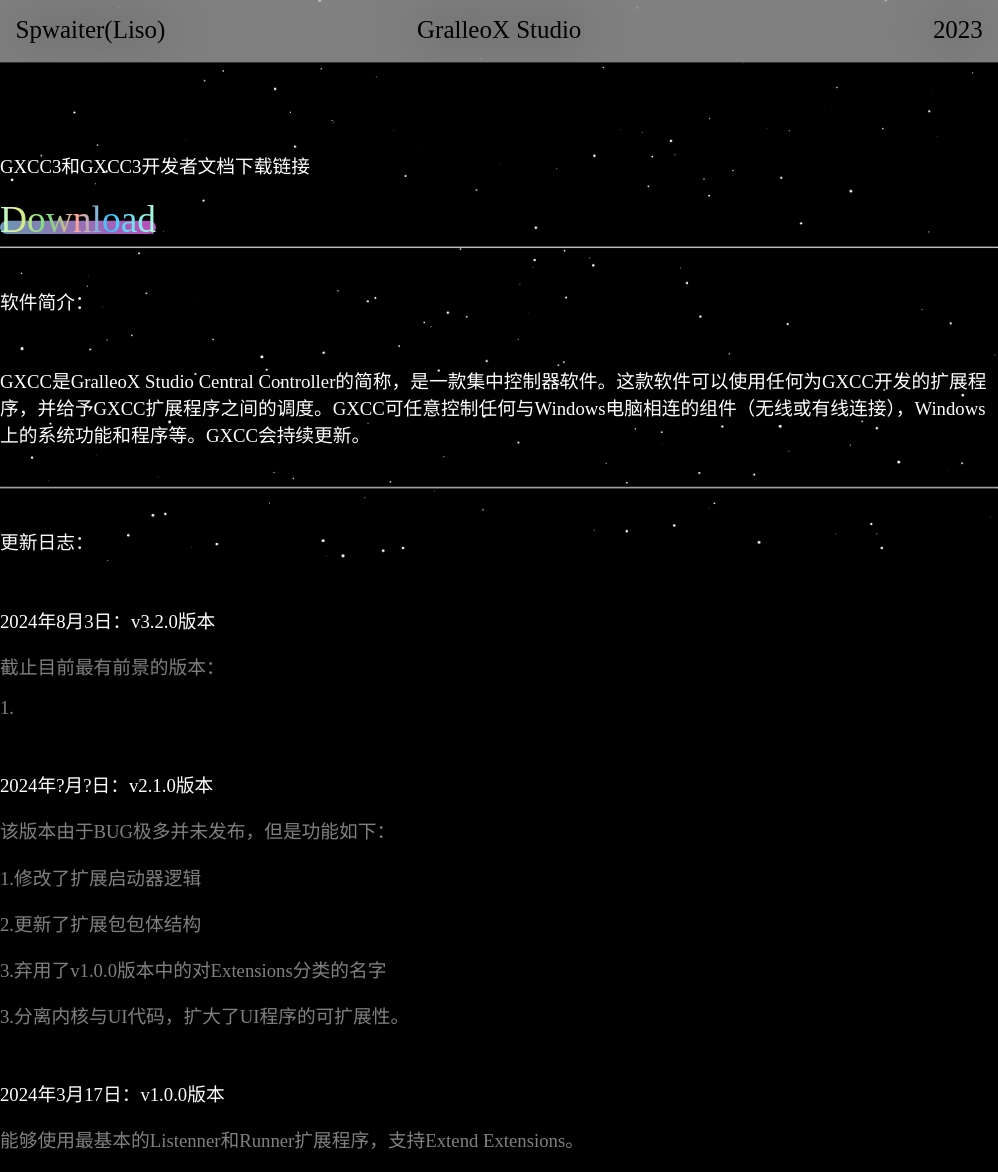
Repository: Lisu-Liso/page
Page: GXCC/index.html
These files come from the project's save history. The page is drawn as it stood at one moment and after the next save; the edit follows.
The browser window is 1280 px wide. The pictures show the whole page, at 78% of full size.

Above is the page before, as saved 2024-08-04 08:56:58.

### GXCC/index.html
<!DOCTYPE html>
<html lang="zh">
    <head>
        <meta http-equiv="Content-Type" content="text/html;charset=utf-8">
        <title>GXCC - GralleoX Studio</title>
        <link rel="stylesheet" type="text/css" href="./header.css">
        <link rel="stylesheet" type="text/css" href="./orientation.css">
        <link rel="shortcut icon" href="./GralleoX logo v2 web.ico">
        <style>
            body{
                overflow        : scroll;
                background-color: black;
                top             : 0;
                bottom          : 0;
                left            : 0;
                right           : 0;
                margin-top      : 100px;
                margin-bottom   : 0;
                margin-left     : 0;
                margin-right    : 0;
                user-select     : none;
            }
            ::-webkit-scrollbar{display: none;}
            .getin_screen{
                position        : fixed;
                top             : 0;
                bottom          : 0;
                left            : 0;
                right           : 0;
                background-color: rgba(0,0,0,0);
                color           : rgba(0,0,0,0);
                animation       : getinanimation 4s ease-in-out;
                text-align      : center;
                display         : table-cell;
            }
            @keyframes getinanimation{
                0% {
                    background-color       : rgba(255,255,255,1);
                    color                  : black;
                    backdrop-filter        : blur(15px);
                    -webkit-backdrop-filter: blur(15px);
                }
                40% {
                    background-color       : rgba(255,255,255,0.5);
                    color                  : black;
                    backdrop-filter        : blur(15px);
                    -webkit-backdrop-filter: blur(15px);
                }
                70% {
                    background-color       : rgba(255,255,255,0.5);
                    color                  : black;
                    backdrop-filter        : blur(15px);
                    -webkit-backdrop-filter: blur(15px);
                }
                100% {
                    background-color       : rgba(0,0,0,0);
                    color                  : rgba(0,0,0,0);
                    backdrop-filter        : blur(0px);
                    -webkit-backdrop-filter: blur(0px);
                }
            }
            .download_block{
                position               : fixed;
                top                    : 100px;
                left                   : 100px;
                right                  : 100px;
                bottom                 : 100px;
                margin-top             : 10px;
                margin-left            : 10px;
                margin-right           : 10px;
                margin-bottom          : 10px;
                background-color       : rgba(255,255,255,0.5);
                backdrop-filter        : blur(15px);
                -webkit-backdrop-filter: blur(15px);
                border-radius          : 100px;
                box-shadow             : 0 20px 50px rgba(0,0,0,0.2);
            }
            @keyframes blockout{
                0% {
                    background-color       : rgba(255,255,255,0);
                    backdrop-filter        : blur(0px);
                    -webkit-backdrop-filter: blur(0px);
                    box-shadow             : 0 20px 50px rgba(0,0,0,0);
                    opacity                : 0;
                }
                100% {
                    background-color       : rgba(255,255,255,0.5);
                    backdrop-filter        : blur(15px);
                    -webkit-backdrop-filter: blur(15px);
                    box-shadow             : 0 20px 50px rgba(0,0,0,0.2);
                    opacity                : 1;
                }
            }
            @keyframes blockquite{
                0% {
                    background-color       : rgba(255,255,255,0.5);
                    backdrop-filter        : blur(15px);
                    -webkit-backdrop-filter: blur(15px);
                    box-shadow             : 0 20px 50px rgba(0,0,0,0.2);
                    opacity                : 1;
                }
                100% {
                    background-color       : rgba(255,255,255,0);
                    backdrop-filter        : blur(0px);
                    -webkit-backdrop-filter: blur(0px);
                    box-shadow             : 0 20px 50px rgba(0,0,0,0);
                    opacity                : 0;
                }
            }
            .header-float{
                position: fixed;
                top     : 0;
                left    : 0;
                right   : 0;
                width   : 100%;
            }
            .black_board{
                position               : fixed;
                top                    : 80px;
                left                   : 0;
                right                  : 0;
                bottom                 : 0;
                margin-top             : 0;
                margin-left            : 0;
                margin-right           : 0;
                margin-bottom          : 0;
                backdrop-filter        : blur(15px);
                -webkit-backdrop-filter: blur(15px);
                background-color       : rgba(0,0,0,0.3);
            }
            @keyframes boardout{
                0% {
                    backdrop-filter        : blur(0px);
                    -webkit-backdrop-filter: blur(0px);
                    background-color       : rgba(0,0,0,0);
                }
                100% {
                    backdrop-filter        : blur(15px);
                    -webkit-backdrop-filter: blur(15px);
                    background-color       : rgba(0,0,0,0.3);
                }
            }
            @keyframes boardquite{
                0% {
                    backdrop-filter        : blur(15px);
                    -webkit-backdrop-filter: blur(15px);
                    background-color       : rgba(0,0,0,0.3);
                }
                100% {
                    backdrop-filter        : blur(0px);
                    -webkit-backdrop-filter: blur(0px);
                    background-color       : rgba(0,0,0,0);
                }
            }
            .newbutton{
                background   : linear-gradient(75deg,rgba(145, 202, 240, 0.75),rgba(248, 102, 248, 0.75));
                border-radius: 20px;
                text-align   : center;
                cursor       : pointer;
            }
            :root {
                --rainbow-gradient: linear-gradient(-90deg,#adfbda 0,#35c3ff 30%,#fda399 50%,#76d880 70%,#ebf38b 90%,#adfbda 100%);
            }
            .article-header--title {
                background-image       : var(--rainbow-gradient,#fff);
                background-size        : 100%;
                background-repeat      : repeat;
                background-clip        : text;
                -webkit-background-clip: text;
                -webkit-text-fill-color: transparent;
                -moz-background-clip   : text;
                -moz-text-fill-color   : transparent;
                filter                 : drop-shadow(0 0 2rpx #000);
                text-shadow            : none!important;
                cursor                 : pointer;
            }
            a{
                text-decoration: none;
            }
            font{
                cursor : default;
            }
            .backgroundimage{
                position: fixed;
                top     : 0;
                left    : 0;
                right   : 0;
                width   : 100%;
                height  : 100%;
                z-index: -1;
            }
            .normaltext{
                font-size: 18pt;
                color:white;
            }
        </style>
    </head>
    <body>
        <canvas id="bgCanvas" class="backgroundimage"></canvas>
        <script>
            // 获取画布
            var canvas = document.getElementById('bgCanvas');
            var ctx = canvas.getContext('2d');

            // 设置画布尺寸与窗口大小一致
            canvas.width = window.innerWidth;
            canvas.height = window.innerHeight;

            // 创建一个数组用于存储星星的信息
            var stars = [];

            // 创建星星对象
            function Star(x, y, radius, color, speed) {
                this.x = x;
                this.y = y;
                this.radius = radius;
                this.color = color;
                this.speed = speed;
            }

            // 初始化星星
            function init() {
                for (var i = 0; i < 200; i++) {
                    var x = Math.random() * canvas.width;
                    var y = Math.random() * canvas.height;
                    var radius = Math.random() * 2;
                    var color = 'white';
                    var speed = Math.random() * 0.5;

                    stars.push(new Star(x, y, radius, color, speed));
                }
            }

            // 绘制星星
            function drawStars() {
                ctx.clearRect(0, 0, canvas.width, canvas.height);

                for (var i = 0; i < stars.length; i++) {
                    var star = stars[i];

                    ctx.beginPath();
                    ctx.arc(star.x, star.y, star.radius, 0, Math.PI * 2);
                    ctx.fillStyle = star.color;
                    ctx.fill();
                }
            }

            // 更新星星位置
            function updateStars() {
                for (var i = 0; i < stars.length; i++) {
                    var star = stars[i];

                    star.x += star.speed;

                    if (star.x > canvas.width) {
                        star.x = 0;
                    }
                }
            }

            // 动画循环
            function animate() {
                requestAnimationFrame(animate);

                drawStars();
                updateStars();
            }

            // 初始化并启动动画
            init();
            animate();
        </script>
        <div style="text-align:center;top:0;left:0;right:0;"><font size="7">这里是GXCC中文官网！</font></div>
        <p class="normaltext">GXCC3和GXCC3开发者文档下载链接</p>
        <a class="newbutton" onclick="join_us()"><font class="article-header--title" size="7">Download</font></a>
        <div class="black_board" id="bb"></div>
        <div class="download_block" id="download_block">
            <div style="text-align: center">
                <a class="newbutton" onclick="close_download_block()"><font class="article-header--title" size="7">点击关闭此框</font></a>
            </div>
            <div style="margin-left: 1cm;">
                <font size="7" color="black">这里是下载链接（最新版本）</font>
                <br>
                <font size="7" color="grey">历史版本</font>
                <font size="7" color="red">暂时</font>
                <font size="7" color="grey">不支持下载</font>
                <br>
                <font class="normaltext" color="red">如果杀毒软件报告有病毒请忽略，此软件已经经过Microsoft Defender检测，360纯属误报。</font>
                <br>
                <a class="normaltext" href="https://github.com/Lisu-Liso/GXCC/releases/tag/GXCC3">Link</a>
            </div>
        </div>
        <hr/>
        <br>
        <p class="normaltext">软件简介：</p>
        <br>
        <p class="normaltext">GXCC是GralleoX Studio Central Controller的简称，是一款集中控制器软件。这款软件可以使用任何为GXCC开发的扩展程序，并给予GXCC扩展程序之间的调度。GXCC可任意控制任何与Windows电脑相连的组件（无线或有线连接），Windows上的系统功能和程序等。GXCC会持续更新。</p>
        <br>
        <hr/>
        <br>
        <p class="normaltext">更新日志：</p>
        <br>
        <p class="normaltext">2024年8月3日：v3.2.0版本</p>
        <p class="normaltext" style="color: grey;">截止目前最有前景的版本：</p>
        <p class="normaltext" style="color: grey;">1.</p>
        <br>
        <p class="normaltext">2024年?月?日：v2.1.0版本</p>
        <p class="normaltext" style="color: grey;">该版本由于BUG极多并未发布，但是功能如下：</p>
        <p class="normaltext" style="color: grey;">1.修改了扩展启动器逻辑</p>
        <p class="normaltext" style="color: grey;">2.更新了扩展包包体结构</p>
        <p class="normaltext" style="color: grey;">3.弃用了v1.0.0版本中的对Extensions分类的名字</p>
        <p class="normaltext" style="color: grey;">3.分离内核与UI代码，扩大了UI程序的可扩展性。</p>
        <br>
        <p class="normaltext">2024年3月17日：v1.0.0版本</p>
        <p class="normaltext" style="color: grey;">能够使用最基本的Listenner和Runner扩展程序，支持Extend Extensions。</p>
        <div class="headerblock">
            <div class="centertext"><font size="6">GralleoX Studio</font></div>
            <div class="lefttext"><font size="6">Spwaiter(Liso)</font></div>
            <div class="righttext"><font size="6">2023</font></div>
        </div>
        <div class="getin_screen" id="getin">
            <font size="7" id="getintext">网站正在加载，请稍后...</font>
        </div>
    </body>
    <script type="text/javascript">
        let t = document.getElementById("download_block");
        t.style.display = "none";

        t = document.getElementById("bb");
        t.style.display = "none";
    </script>
    <script type="text/javascript">
        setTimeout(function(){
            let t = document.getElementById("getintext");
            t.innerHTML = "网站加载完毕，即将进入网站。";
            setTimeout(function(){
                let t = document.getElementById("getin");
                t.style.display = "none";
            },2000);
        },2000);
        function join_us(){
            let t = document.getElementById("download_block");
            t.style.display = "block";
            t.style.animation = "blockout 0.5s ease-in-out";

            t = document.getElementById("bb");
            t.style.display = "block";
            t.style.animation = "boardout 0.5s ease-in-out";
        }
        function close_download_block(){
            let t = document.getElementById("download_block");
            t.style.animation = "blockquite 0.5s ease-in-out";

            t = document.getElementById("bb");
            t.style.animation = "boardquite 0.5s ease-in-out";
            setTimeout(function(){
                let t = document.getElementById("download_block");
                t.style.display = "none";

                t = document.getElementById("bb");
                t.style.display = "none";
            },500);
        }
    </script>
</html>

### GXCC/header.css
.headerblock{
    position               : fixed;
    top                    : 0px;
    left                   : 0px;
    right                  : 0px;
    margin-top             : 0px;
    margin-left            : 0px;
    margin-right           : 0px;
    width                  : 100%;
    height                 : 80px;
    background-color       : rgba(255,255,255,0.5);
    backdrop-filter        : blur(10px);
    -webkit-backdrop-filter: blur(10px);
    box-shadow             : 0 20px 50px rgba(0,0,0,0.2);
    align-items            : center;
}
.centertext{
    position    : fixed;
    top         : 0;
    left        : 0;
    right       : 0;
    margin-top  : 20px;
    margin-left : 20px;
    margin-right: 20px;
    text-align  : center;
    filter      : drop-shadow(0 0 2rem #000);
    text-shadow : none!important;
    color       : black;
}
.lefttext{
    position    : fixed;
    top         : 0;
    left        : 0;
    right       : 0;
    margin-top  : 20px;
    margin-left : 20px;
    margin-right: 20px;
    text-align  : left;
    filter      : drop-shadow(0 0 2rem #000);
    text-shadow : none!important;
    color       : black;
}
.righttext{
    position    : fixed;
    top         : 0;
    left        : 0;
    right       : 0;
    margin-top  : 20px;
    margin-left : 20px;
    margin-right: 20px;
    text-align  : right;
    filter      : drop-shadow(0 0 2rem #000);
    text-shadow : none!important;
    color       : black;
}

### orientation.css
i{
    border: solid black;
    border-width: 0 3px 3px 0;
    display: inline-block;
    padding: 3px;
}
.right{
    transform: rotate(-45deg);
    -webkit-transform: rotate(-45deg);
}

.left{
    transform: rotate(135deg);
    -webkit-transform: rotate(135deg);
}

.up{
    transform: rotate(-135deg);
    -webkit-transform: rotate(-135deg);
}

.down{
    transform: rotate(45deg);
    -webkit-transform: rotate(45deg);
}

After the next save:
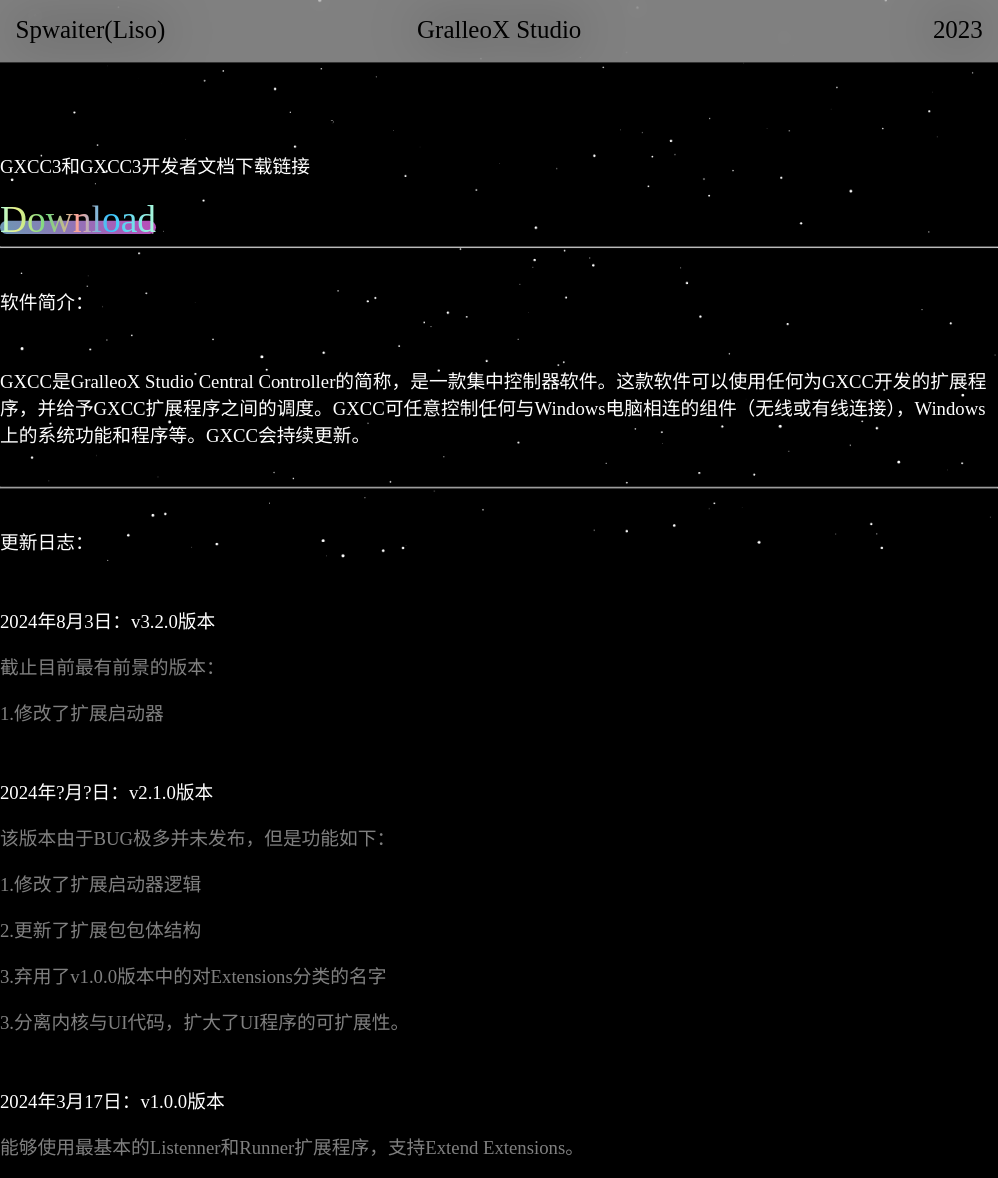
Saved 10 s later.
--- a/GXCC/index.html
+++ b/GXCC/index.html
@@ -302,7 +302,7 @@
         <br>
         <p class="normaltext">2024年8月3日：v3.2.0版本</p>
         <p class="normaltext" style="color: grey;">截止目前最有前景的版本：</p>
-        <p class="normaltext" style="color: grey;">1.</p>
+        <p class="normaltext" style="color: grey;">1.修改了扩展启动器</p>
         <br>
         <p class="normaltext">2024年?月?日：v2.1.0版本</p>
         <p class="normaltext" style="color: grey;">该版本由于BUG极多并未发布，但是功能如下：</p>
